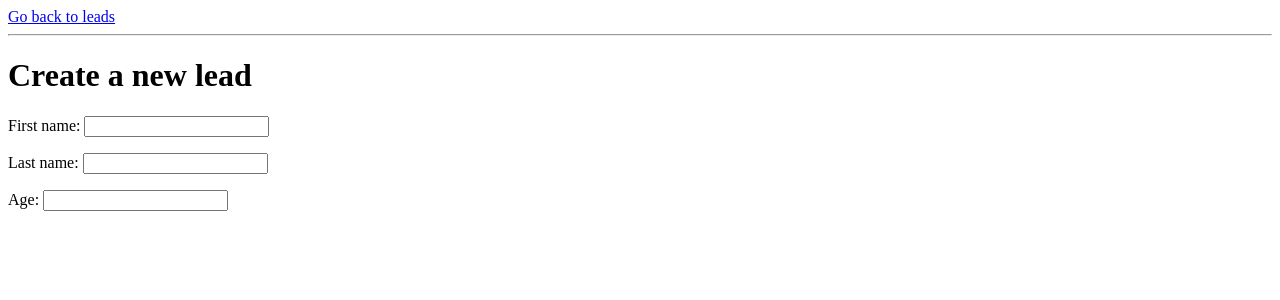
Repository: guidogr95/Django-CRM
Page: http://localhost/leads/create/
These files come from the project's save history. The page is drawn as it stood at one moment and after the next save; the edit follows.
The browser window is 1280 px wide. The pictures show the whole page.
The page is served by the project's application, run on Django 3.2 (manage.py).

Above is the page before, as saved 2021-06-27 13:23:34.

After the next save:
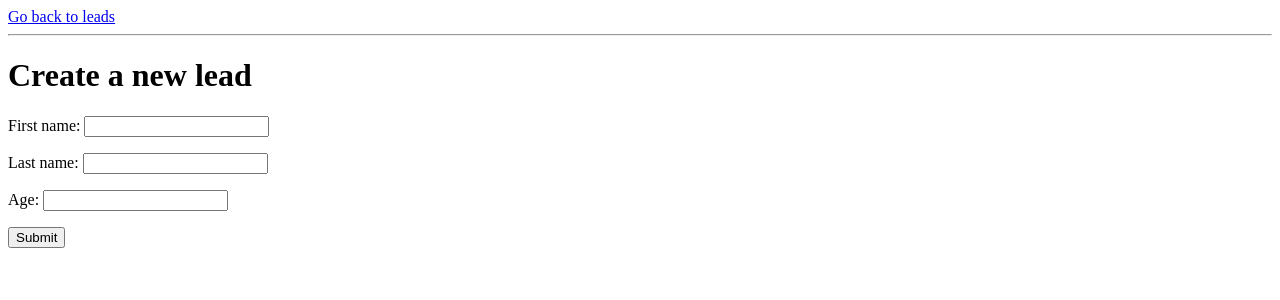
Saved 4 min 23 s later.
--- a/leads/templates/leads/lead_create.html
+++ b/leads/templates/leads/lead_create.html
@@ -11,6 +11,10 @@
     <a href="/leads">Go back to leads</a>
     <hr/>
     <h1>Create a new lead</h1>
-    {{ form.as_p }}
+    <form method="post">
+      {% csrf_token %}
+      {{ form.as_p }}
+      <button type="submit" >Submit</button>
+    </form>
   </body>
 </html>
